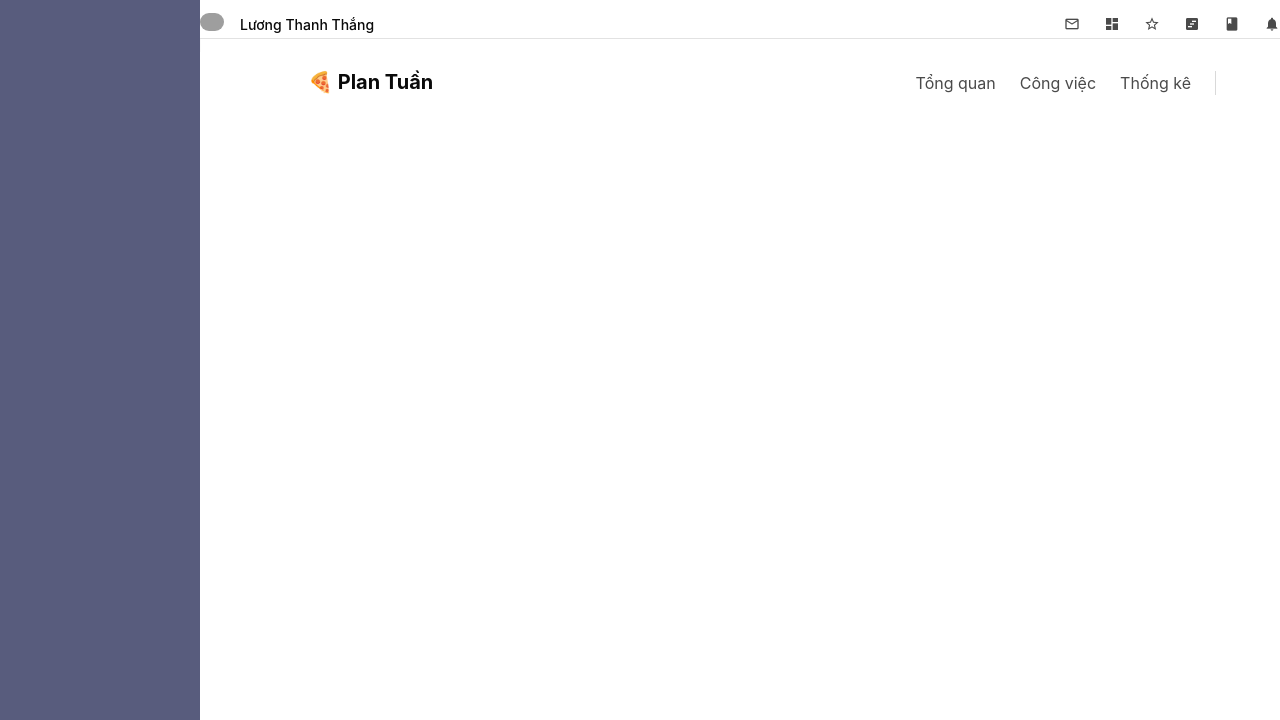
Repository: luongthanhthang/revision-front-end
Page: ke-hoach.html
The author's editor kept a copy of each file at every save. The page is drawn from the files as they stood at one save, then again after the next save.
The browser window is 1280 px wide. The pictures show the whole page.
Pictures or frames that could not be fetched are drawn as grey boxes. Some web libraries are served in a nearby version.

Above is the page before, as saved 2023-02-11 11:06:43.

### ke-hoach.html
<!DOCTYPE html>
<html>
  <head>
    <meta charset="utf-8" />
    <meta http-equiv="X-UA-Compatible" content="IE=edge" />
    <title>Ke hoạch</title>
    <meta name="viewport" content="width=device-width, initial-scale=1" />
    <link rel="preconnect" href="https://fonts.googleapis.com"/>
    <link rel="preconnect" href="https://fonts.gstatic.com" crossorigin />
    <link href="https://fonts.googleapis.com/css2?family=Inter:wght@100;200;300;400;500;600;700;800;900&display=swap"
      rel="stylesheet"/>
    <link href="https://fonts.googleapis.com/css2?family=Bebas+Neue&display=swap"
      rel="stylesheet"/>
    <link rel="stylesheet" href="assets/css/ke_hoach.css"/>
    <link href="https://fonts.googleapis.com/icon?family=Material+Icons" rel="stylesheet"/>
    <link rel="stylesheet" href="assets/css/bulma/css/bulma.min.css">
    <script src="https://kit.fontawesome.com/e1f8756e73.js" crossorigin="anonymous"></script>
  </head>
  <body>
    <div id = "main" class="columns is-gapless">
      <aside class="column is-narrow">
        <section id="sidebar"></section>
      </aside>
      <section id="content" class="column">
        <header id="header" class="main-header">
          <ul class="columns is-vcentered">
            <li class="column">
              <div class="icon-text">
                <span class="icon image is-24x24">
                  <img class="is-rounded" src="https://avatars.dicebear.com/api/adventurer-neutral/231441AAFA.svg">
                </span>
                <span class="has-text-black has-text-weight-medium font-14 ml-3">Lương Thanh Thắng</span>
              </div>
            </li>
            <li class="column is-narrow px-2">
              <div>
                <span class="icon">
                  <span class="material-icons is-size-6">mail_outline</span>
                </span>
              </div>
            </li>
            <li class="column is-narrow px-2">
              <div>
                <span class="icon">
                  <span class="material-icons material-icons-outlined is-size-6">dashboard</span>
                </span>
              </div>
            </li>
            <li class="column is-narrow px-2">
              <div>
                <span class="icon">
                  <span class="material-icons material-icons-outlined is-size-6">star_outline</span>
                </span>
              </div>
            </li>
            <li class="column is-narrow px-2">
              <div>
                <span class="icon">
                  <span class="material-icons material-icons-outlined is-size-6">view_timeline</span>
                </span>
              </div>
            </li>
            <li class="column is-narrow px-2">
              <div>
                <span class="icon">
                  <span class="material-icons material-icons-outlined is-size-6">book</span>
                </span>
              </div>
            </li>
            <li class="column is-narrow px-2">
              <div>
                <span class="icon">
                  <span class="material-icons material-icons-outlined is-size-6">notifications</span>
                </span>
              </div>
            </li>
          </ul>
        </header>

        <section class="main-content columns">
          <div class="nav column is-narrow">
            <div class="py-3 team card">

            </div>
          </div>
          <div class="content column">
            <div class="content-right px-4 pb-0">
              <div class="title-content px-5 py-3">
                <ul class="columns">
                  <li class="column">
                    <div class="has-text-weight-bold has-text-black is-size-5">🍕 Plan Tuần</div>
                  </li>
                  <li class="column is-narrow">Tổng quan</li>
                  <li class="column is-narrow">Công việc</li>
                  <li class="column is-narrow">Thống kê</li>
                  <li class="column is-narrow">
                    <div style="width: 1px; height: 24px; background: #D9D9D9;"></div>
                  </li>
                  <li class="column is-narrow">
                    <div class="dropdown is-hoverable">
                      <div class="dropdown-trigger">

                      </div>
                      <div class="dropdown-menu" role="menu">

                      </div>
                  </div>
                  </li>
                </ul>
              </div>
            </div>
          </div>
        </section>
      </section>
    </div>
    <script src="assets/js/ke-hoach.js"></script>
  </body>
</html>

### assets/css/ke_hoach.css
* {
  padding: 0;
  margin: 0;
  box-sizing: border-box;
}

body {
  font-family: "Inter", Arial, sans-serif;
  font-weight: 400;
  line-height: 1.5rem;
}

li {
  list-style-type: none;
}

a {
  text-decoration: underline;
}

table {
  border-spacing: 0px;
  width: 100%;
}

.font-14 {
  font-size: 14px !important;
}

#main {
  margin: 0;
  height: 100vh;
  overflow-y: auto;
  overflow-x: hidden;
}
#main #sidebar {
  width: 200px;
  height: 100vh;
  background-color: #585c7d;
}
#main #content {
  width: calc(100% - 200px);
  height: 100vh;
  overflow-y: auto;
  overflow-x: hidden;
}
#main #content .main-header {
  background-color: #fff;
  border-bottom: 1px solid #e2e2e2;
  position: sticky;
  top: 0;
  z-index: 1;
}

/*# sourceMappingURL=ke_hoach.css.map */

Loaded but not shown: assets/css/bulma/css/bulma.min.css (library); assets/js/ke-hoach.js (no copy from this time; the picture is the same without it)

After the next save:
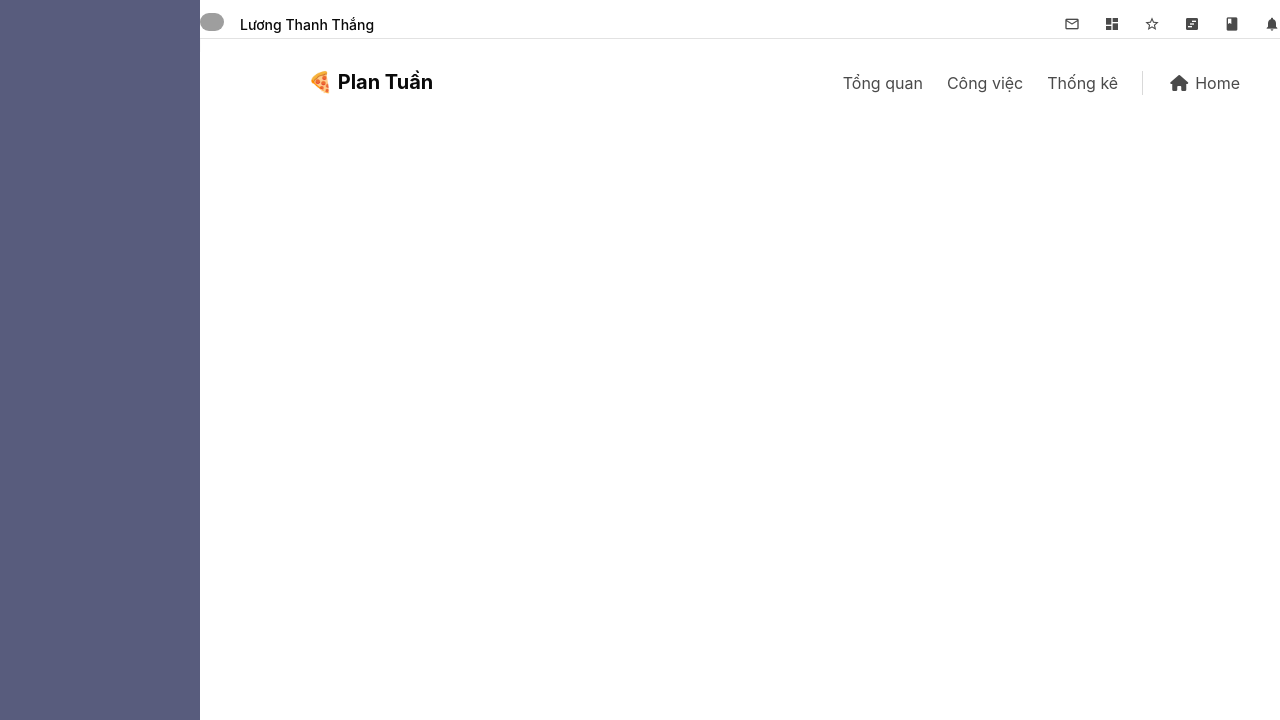
Saved 2 min 20 s later.
--- a/ke-hoach.html
+++ b/ke-hoach.html
@@ -99,7 +99,12 @@
                   <li class="column is-narrow">
                     <div class="dropdown is-hoverable">
                       <div class="dropdown-trigger">
-
+                        <span class="icon-text">
+                          <span class="icon">
+                            <i class="fas fa-home"></i>
+                          </span>
+                          <span>Home</span>
+                        </span>
                       </div>
                       <div class="dropdown-menu" role="menu">
 
